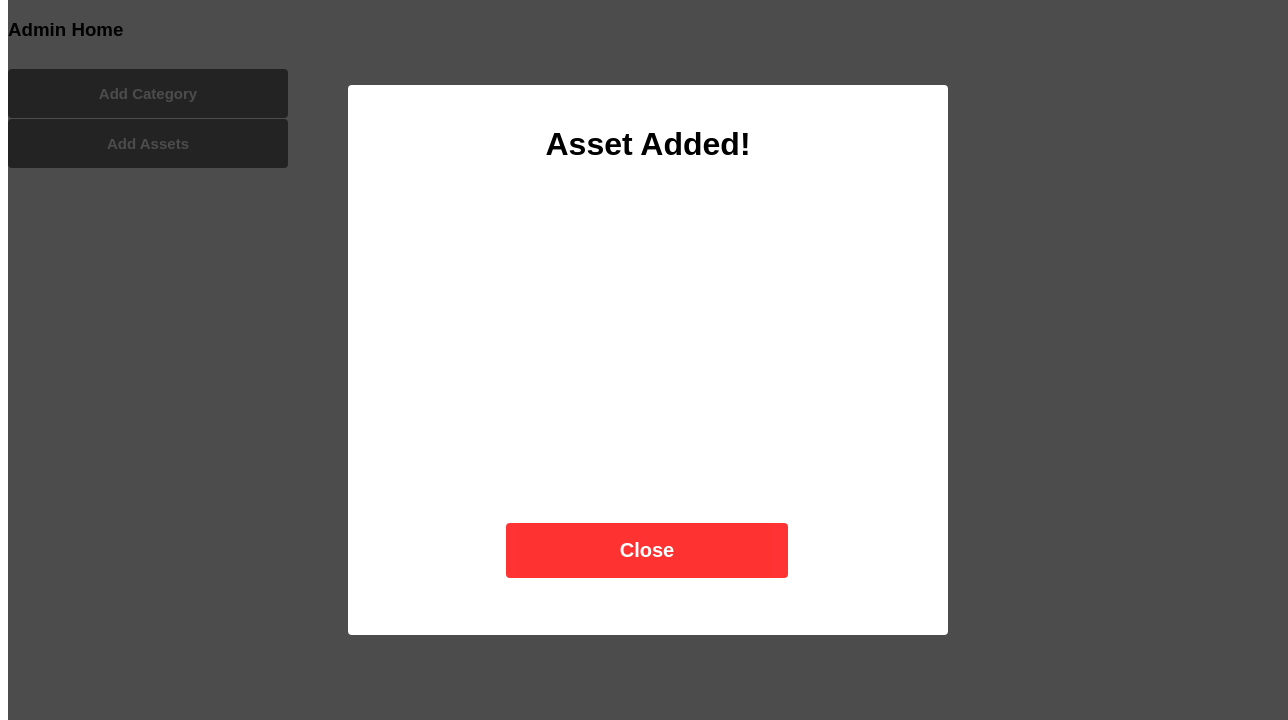
Repository: DhruvKaushal/CodeFury_404Found
Page: http://localhost/e-assets/assetadded.jsp
An editor plug-in stored every save of this project. The page is shown before and after the next save, followed by the edit.
The browser window is 1280 px wide. The page is 1288 px wide, so the pictures cover 1288 px, including what lies to the right of the window. The pictures show the whole page.
The page is served by Tomcat 9. Other server files are loaded and not shown.

Above is the page before, as saved 2020-10-05 11:08:40.

### Aditya's New/E-Assets-Management/e-assets/WebContent/assetadded.jsp
<%@ page language="java" contentType="text/html; charset=ISO-8859-1"
    pageEncoding="ISO-8859-1"%>
<!DOCTYPE html>
<html>
<head>
<meta charset="ISO-8859-1">
<link rel="stylesheet" href="addassets.css">
<title>Insert title here</title>
</head>
<body>

	  <h3>Admin Home</h3>

  	<button class="open-type-button">Add Category</button>
 	<button class="open-assets-button">Add Assets</button>

    <div class="bg-modal2" id="myForm2">
        	<div class="modal-content">


            <h1>Asset Added!</h1>



             <input type="button" class="close-button" value="Close" onclick="doSudmit()">


        </div>
    </div>






	<script>

	function closeForm1() {
  	document.getElementById("myForm1").style.display = "none";
	}


	function closeForm2() {
  	document.getElementById("myForm2").style.display = "none";
	}

	function doSubmit()
	{
	window.open("adminhome.jsp","_self");
	}
	</script>

</body>
</html>

### Aditya's New/E-Assets-Management/e-assets/WebContent/addassets.css
body {font-family: Arial, Helvetica, sans-serif;}
* {box-sizing: border-box;}

h1 {
    text-align:center;
}

.open-assets-button {
  background-color: #555;
  color: white;
  padding: 16px 20px;
  border-radius: 4px;
  border: none;
  cursor: pointer;
  opacity: 0.8;
  position: fixed;
  width: 280px;
  margin-top: 60px;
  font-weight: bold;
  font-size: 15px;
  display: inline-block;
}

.open-type-button {
  background-color: #555;
  color: white;
  padding: 16px 20px;
  border-radius: 4px;
  border: none;
  cursor: pointer;
  opacity: 0.8;
  position: fixed;
  width: 280px;
  margin-top: 10px;
  font-weight: bold;
  font-size: 15px;
  display: inline-block;
}

.close-button {
  background-color: red;
  color: white;
  padding: 16px 20px;
  border-radius: 4px;
  border: none;
  cursor: pointer;
  opacity: 0.8;
  width: 47%;
  position: absolute;
  bottom: 35px;
  font-size: 20px;
  margin-left: 23%;
  font-weight: bold;

  display:block;
}

.bg-modal {
	width: 100%;
	height: 100%;
	background-color: rgba(0,0,0,0.7);
	position: absolute;;
	top: 0;
	display: flex;
	justify-content: center;
	align-items: center;
	display: none;

}

.bg-modal2 {
	width: 100%;
	height: 100%;
	background-color: rgba(0,0,0,0.7);
	position: absolute;;
	top: 0;
	display: flex;

	justify-content: center;
	align-items: center;


}

.modal-content {
	width: 600px;
	height: 550px;
	background-color: white;
	border-radius: 4px;
	padding: 20px;
	position: relative;
}



input{
  width: 100%;
  padding: 15px;
  margin: 5px 0 22px 0;
  border: none;
  background: #f1f1f1;
}


.btn {
  background-color: #1686d9;
  color: white;
  border-radius: 4px;
  padding: 16px 20px;
  border: none;
  cursor: pointer;
  width: 50%;
  margin-top: 20px;
  margin: auto;
  opacity: 0.8;
  font-size: 20px;

  display:block;

}


.btn:hover, .open-assets-button:hover, .open-type-button:hover {
  opacity: 1;
}

.close {
	position: absolute;
	top: 0;
	right: 10px;
	font-size: 38px;
	color: #333;
	transform: rotate(45deg);
	cursor: pointer;
}

.close:hover {
		color: #666;
	}

After the next save:
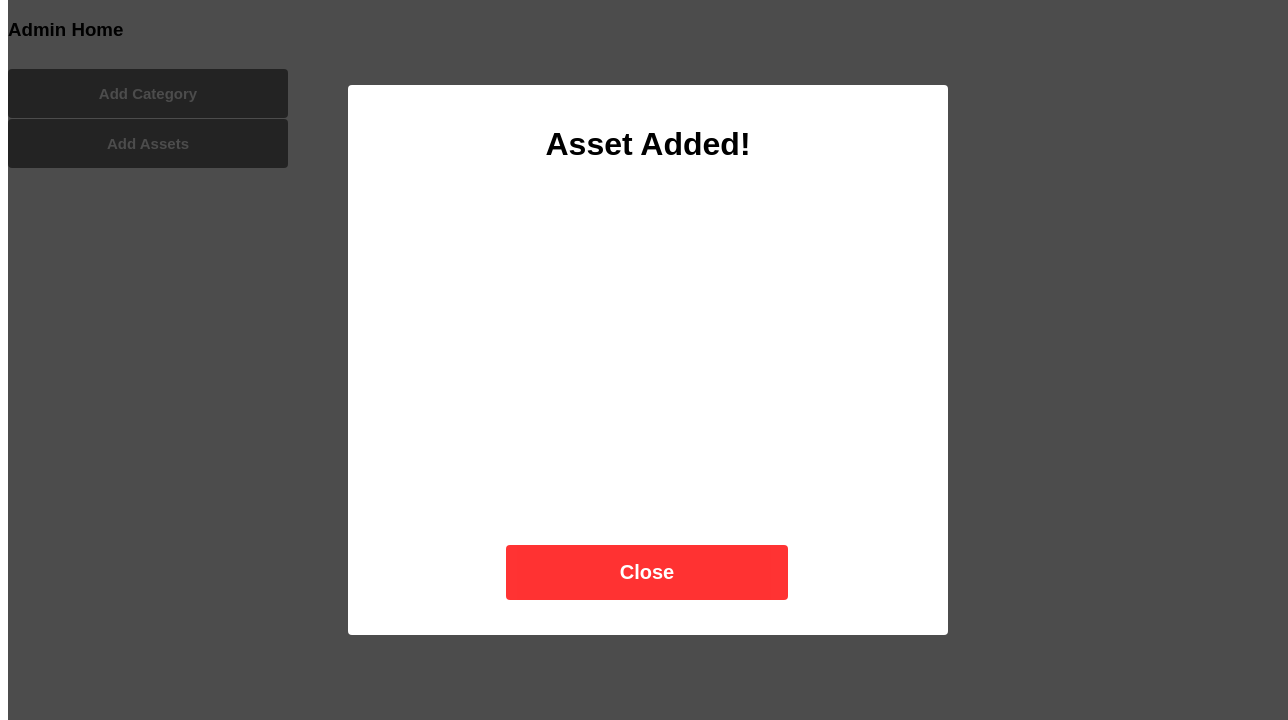
Saved 51 s later.
--- a/Aditya's New/E-Assets-Management/e-assets/WebContent/assetadded.jsp
+++ b/Aditya's New/E-Assets-Management/e-assets/WebContent/assetadded.jsp
@@ -22,7 +22,7 @@
 
 
 
-             <input type="button" class="close-button" value="Close" onclick="doSudmit()">
+             <button class="close-button" onclick="doSudmit()"><b>Close</b>
 
 
         </div>
